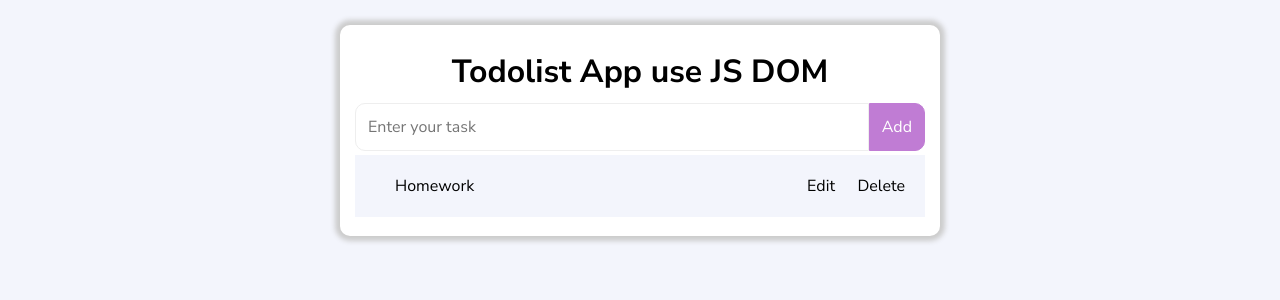
Repository: anhquan74-dev/todolist_app
Page: index.html
The author's editor kept a copy of each file at every save. The page is drawn from the files as they stood at one save, then again after a run of saves.
The browser window is 1280 px wide. The pictures show the whole page.
Some web libraries are served in a nearby version.

Above is the page before, as saved 2022-07-21 16:29:10.

After the next 2 saves:
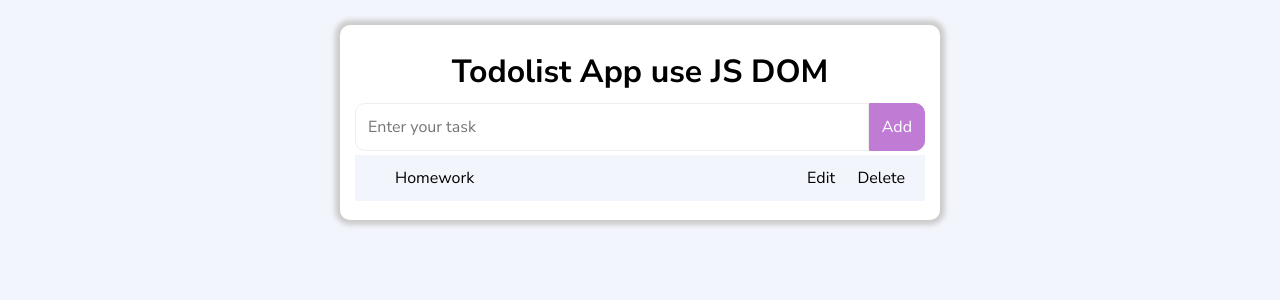
The 2 saves are shown as one change because they came seconds apart.
The last was saved 12 s later.
--- a/style.css
+++ b/style.css
@@ -65,7 +65,7 @@ h1 {
 }
 
 .item {
-    padding: 20px 12px 20px 40px;
+    padding: 12px 12px 12px 40px;
     background-color: #f3f5fc;
     margin:4px 0;
     position: relative;
